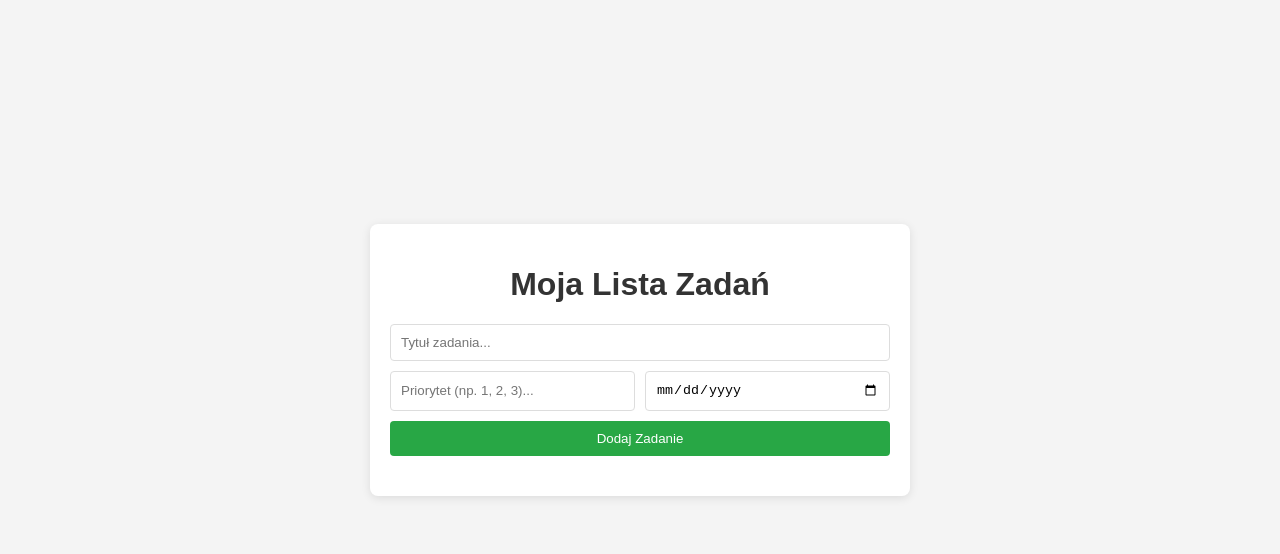
Repository: vuniwersytet-spec/todo-app-crud
Page: frontend/index.html
An editor plug-in stored every save of this project. The page is shown before and after the next save, followed by the edit.
The browser window is 1280 px wide. The pictures show the whole page.
The page's requests for data from a server got no answer.

Above is the page before, as saved 2025-10-19 22:22:20.

### frontend/index.html
<!DOCTYPE html>
<html lang="pl">
<head>
    <meta charset="UTF-8">
    <meta name="viewport" content="width=device-width, initial-scale=1.0">
    <title>Menedżer Zadań</title>
    <link rel="stylesheet" href="style.css">
</head>
<body>
    <div class="container">
        <h1>Moja Lista Zadań</h1>
        <div class="form-area">
            <input type="hidden" id="taskIdInput">
            <input type="text" id="titleInput" placeholder="Tytuł zadania...">
            <input type="number" id="priorityInput" placeholder="Priorytet (np. 1, 2, 3)...">
            <input type="date" id="dueDateInput">
            <button id="actionButton">Dodaj Zadanie</button>
            <button id="cancelButton" class="hidden">Anuluj</button>
        </div>
        <ul id="taskList">
        </ul>
    </div>
    <script src="script.js"></script>
</body>
</html>

### frontend/style.css
body {
    font-family: Arial, sans-serif;
    background-color: #f4f4f4;
    display: flex;
    justify-content: center;
    align-items: center;
    height: 100vh;
    margin: 0;
}

.container {
    background: white;
    padding: 20px;
    border-radius: 8px;
    box-shadow: 0 2px 10px rgba(0,0,0,0.1);
    width: 500px;
}

h1 {
    text-align: center;
    color: #333;
}

.form-area {
    display: grid;
    grid-template-columns: 1fr 1fr;
    gap: 10px;
    margin-bottom: 20px;
}

#titleInput {
    grid-column: 1 / -1;
}

#actionButton, #cancelButton {
    grid-column: 1 / -1;
    padding: 10px 15px;
    border: none;
    color: white;
    border-radius: 4px;
    cursor: pointer;
}

#actionButton {
    background-color: #28a745;
}

#actionButton:hover {
    background-color: #218838;
}

#cancelButton {
    background-color: #6c757d;
}

#cancelButton:hover {
    background-color: #5a6268;
}

.hidden {
    display: none;
}

input[type="text"], input[type="number"], input[type="date"] {
    width: 100%;
    padding: 10px;
    border: 1px solid #ddd;
    border-radius: 4px;
    box-sizing: border-box;
}

ul {
    list-style: none;
    padding: 0;
}

li {
    display: flex;
    align-items: center;
    padding: 10px;
    border-bottom: 1px solid #eee;
    flex-wrap: wrap;
}

li.completed .task-title {
    text-decoration: line-through;
    color: #888;
}

.task-details {
    flex-grow: 1;
}

.task-title {
    font-weight: bold;
    cursor: pointer;
}

.task-meta {
    font-size: 0.9em;
    color: #666;
    margin-left: 10px;
}

.task-actions {
    margin-left: auto;
}

.task-actions button {
    color: white;
    border: none;
    padding: 5px 10px;
    border-radius: 4px;
    cursor: pointer;
    margin-left: 5px;
}

.edit-btn {
    background: #007bff;
}
.edit-btn:hover {
    background: #0069d9;
}

.delete-btn {
    background: #dc3545;
}
.delete-btn:hover {
    background: #c82333;
}

### frontend/script.js
const API_URL = 'http://localhost:5000/zadania';

const titleInput = document.getElementById('titleInput');
const priorityInput = document.getElementById('priorityInput');
const dueDateInput = document.getElementById('dueDateInput');
const taskIdInput = document.getElementById('taskIdInput');
const actionButton = document.getElementById('actionButton');
const cancelButton = document.getElementById('cancelButton');
const taskList = document.getElementById('taskList');

let editMode = false;

const resetForm = () => {
    titleInput.value = '';
    priorityInput.value = '';
    dueDateInput.value = '';
    taskIdInput.value = '';
    actionButton.textContent = 'Dodaj Zadanie';
    cancelButton.classList.add('hidden');
    editMode = false;
};

const fetchZadania = async () => {
    try {
        const response = await fetch(API_URL);
        if (!response.ok) throw new Error('Nie udało się pobrać zadań.');
        return await response.json();
    } catch (error) {
        console.error(error);
        alert(error.message);
        return [];
    }
};

const wyswietlZadania = (zadania) => {
    taskList.innerHTML = '';
    zadania.forEach(zadanie => {
        const li = document.createElement('li');
        li.className = zadanie.zakonczone ? 'completed' : '';

        const detailsDiv = document.createElement('div');
        detailsDiv.className = 'task-details';

        const titleSpan = document.createElement('span');
        titleSpan.className = 'task-title';
        titleSpan.textContent = zadanie.tytul;
        titleSpan.addEventListener('click', () => przelaczStatusZadania(zadanie));

        const metaSpan = document.createElement('span');
        metaSpan.className = 'task-meta';
        const termin = zadanie.termin_wykonania ? new Date(zadanie.termin_wykonania).toLocaleDateString('pl-PL') : 'brak';
        metaSpan.textContent = `Priorytet: ${zadanie.priorytet || 'N/A'}, Termin: ${termin}`;

        detailsDiv.appendChild(titleSpan);
        detailsDiv.appendChild(metaSpan);

        const actionsDiv = document.createElement('div');
        actionsDiv.className = 'task-actions';

        const editButton = document.createElement('button');
        editButton.textContent = 'Edytuj';
        editButton.className = 'edit-btn';
        editButton.addEventListener('click', () => przygotujDoEdycji(zadanie));

        const deleteButton = document.createElement('button');
        deleteButton.textContent = 'Usuń';
        deleteButton.className = 'delete-btn';
        deleteButton.addEventListener('click', () => usunZadanie(zadanie.id));

        actionsDiv.appendChild(editButton);
        actionsDiv.appendChild(deleteButton);

        li.appendChild(detailsDiv);
        li.appendChild(actionsDiv);
        taskList.appendChild(li);
    });
};

const odswiezListe = async () => {
    const zadania = await fetchZadania();
    wyswietlZadania(zadania);
};

const przygotujDoEdycji = (zadanie) => {
    editMode = true;
    taskIdInput.value = zadanie.id;
    titleInput.value = zadanie.tytul;
    priorityInput.value = zadanie.priorytet;
    dueDateInput.value = zadanie.termin_wykonania ? zadanie.termin_wykonania.split('T')[0] : '';
    actionButton.textContent = 'Zapisz Zmiany';
    cancelButton.classList.remove('hidden');
};

const dodajLubAktualizujZadanie = async () => {
    const tytul = titleInput.value.trim();
    if (!tytul) {
        alert('Proszę wpisać tytuł zadania.');
        return;
    }

    const zadanieData = {
        tytul,
        priorytet: priorityInput.value ? parseInt(priorityInput.value, 10) : 1,
        termin_wykonania: dueDateInput.value || null
    };

    let url = API_URL;
    let method = 'POST';

    if (editMode) {
        const id = taskIdInput.value;
        const response = await fetch(`${API_URL}/${id}`);
        const originalTask = await response.json();
        zadanieData.zakonczone = originalTask.zakonczone;

        url = `${API_URL}/${id}`;
        method = 'PUT';
    }

    await fetch(url, {
        method: method,
        headers: { 'Content-Type': 'application/json' },
        body: JSON.stringify(zadanieData),
    });

    resetForm();
    odswiezListe();
};

const przelaczStatusZadania = async (zadanie) => {
    const zaktualizowaneZadanie = { ...zadanie, zakonczone: !zadanie.zakonczone };

    await fetch(`${API_URL}/${zadanie.id}`, {
        method: 'PUT',
        headers: { 'Content-Type': 'application/json' },
        body: JSON.stringify(zaktualizowaneZadanie),
    });

    odswiezListe();
};

const usunZadanie = async (id) => {
    if (!confirm('Czy na pewno chcesz usunąć to zadanie?')) return;

    await fetch(`${API_URL}/${id}`, {
        method: 'DELETE',
    });

    odswiezListe();
};

actionButton.addEventListener('click', dodajLubAktualizujZadanie);
cancelButton.addEventListener('click', resetForm);
document.addEventListener('DOMContentLoaded', odswiezListe);

After the next save:
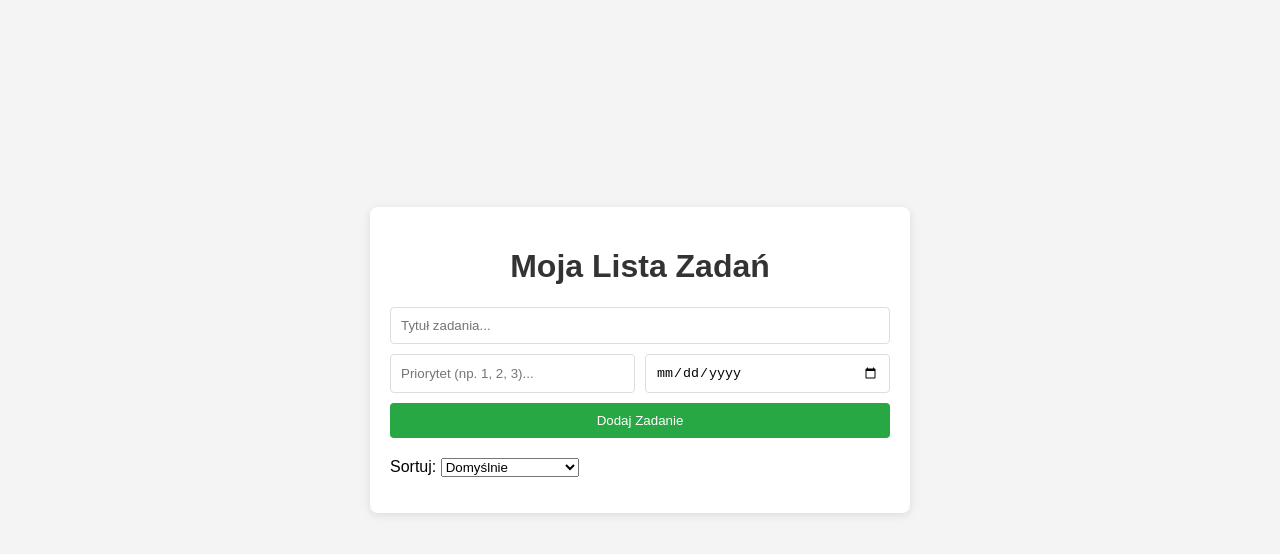
Saved 15 days later.
--- a/frontend/index.html
+++ b/frontend/index.html
@@ -17,6 +17,18 @@
             <button id="actionButton">Dodaj Zadanie</button>
             <button id="cancelButton" class="hidden">Anuluj</button>
         </div>
+
+        <div class="sort-area">
+            <label for="sortSelect">Sortuj:</label>
+            <select id="sortSelect">
+                <option value="id-ASC">Domyślnie</option>
+                <option value="priorytet-ASC">Priorytet (rosnąco)</option>
+                <option value="priorytet-DESC">Priorytet (malejąco)</option>
+                <option value="termin_wykonania-ASC">Termin (rosnąco)</option>
+                <option value="termin_wykonania-DESC">Termin (malejąco)</option>
+            </select>
+        </div>
+
         <ul id="taskList">
         </ul>
     </div>
